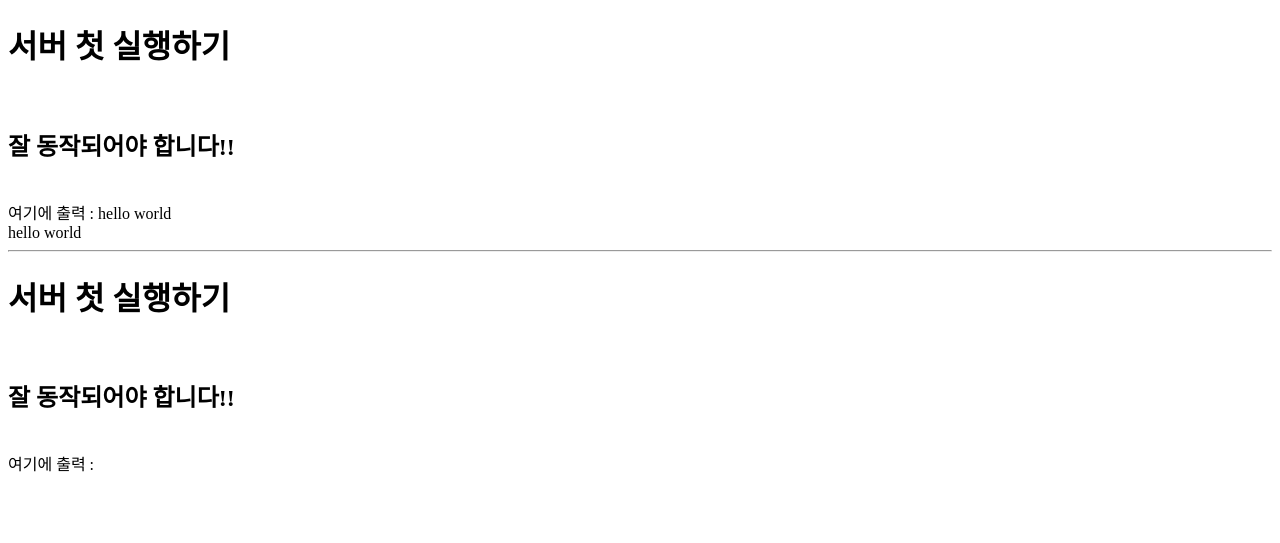
Repository: hsaar/jsworkplace
Page: http://localhost/testjsp/test00.jsp
These files come from the project's save history. The page is drawn as it stood at one moment and after the next save; the edit follows.
The browser window is 1280 px wide. The pictures show the whole page.
The page is served by Tomcat 9.

Above is the page before, as saved 2025-08-19 02:03:33.

### testjsp/src/main/webapp/test00.jsp
<%@ page language="java" contentType="text/html; charset=EUC-KR"
    pageEncoding="EUC-KR"%>
<%
	String str = "hello world";
	String str2 = "<h1>서버 첫 실행하기</h1><br>"+
			"<h2>잘 동작되어야 합니다!!</h2><br>"+
			"여기에 출력 : ";
%>
<!DOCTYPE html>
<html>
<title>test00</title>
<head>
<meta charset="EUC-KR">
<title>Insert title here</title>
</head>
<body>

	<h1>서버 첫 실행하기</h1><br>
	<h2>잘 동작되어야 합니다!!</h2><br>
	여기에 출력 : <%=str %><br>
	<% out.println(str); %>
	<hr>
	<%=str2 %>


</body>
</html>

After the next save:
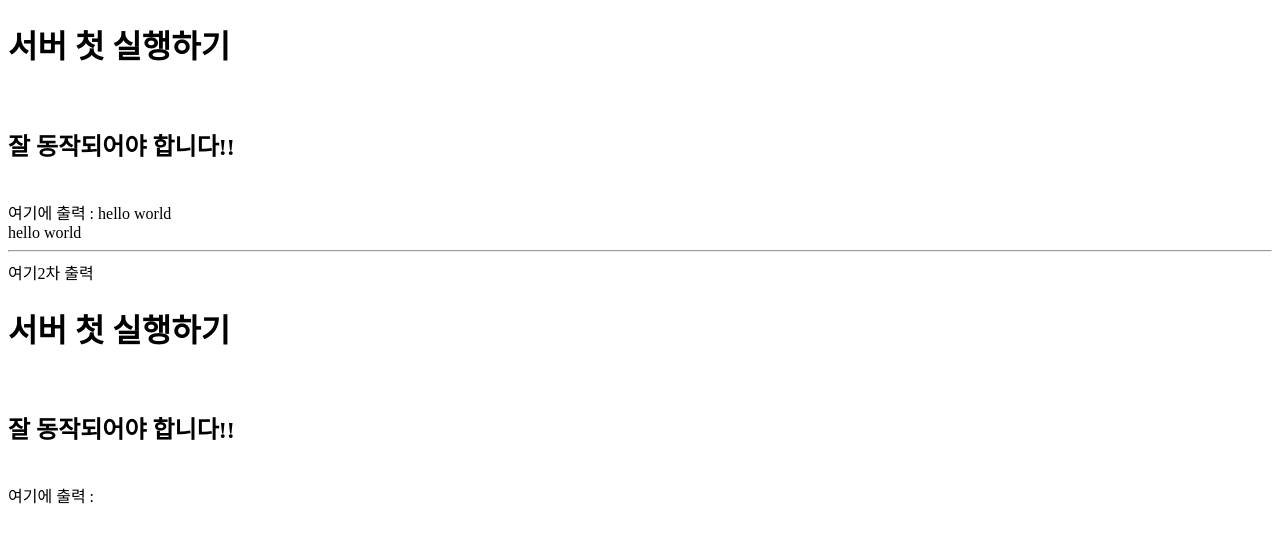
Saved 34 s later.
--- a/testjsp/src/main/webapp/test00.jsp
+++ b/testjsp/src/main/webapp/test00.jsp
@@ -20,7 +20,7 @@
 	여기에 출력 : <%=str %><br>
 	<% out.println(str); %>
 	<hr>
-	<%=str2 %>
+	<%="여기2차 출력"+str2 %>
 
 
 </body>
